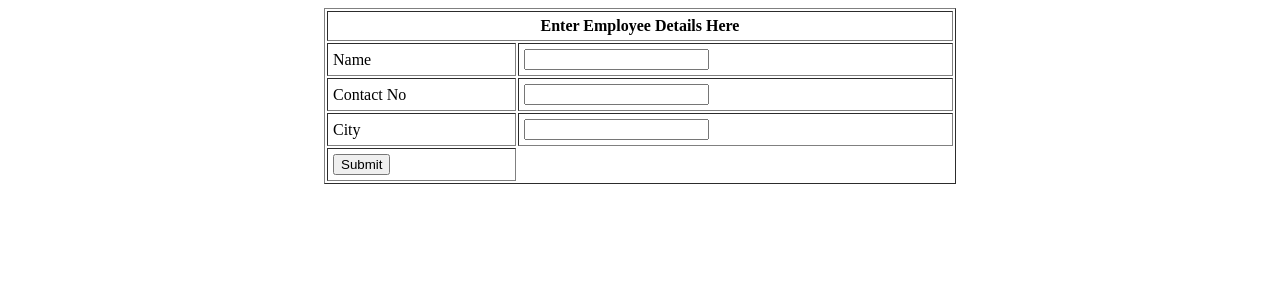
Repository: radhikasarda/RestEasyDemo
Page: http://localhost/RestDemo/
These files come from the project's save history. The page is drawn as it stood at one moment and after the next save; the edit follows.
The browser window is 1280 px wide. The pictures show the whole page.
The page is served by Tomcat 9. Nobody is signed in. The application's start-up code is not run.

Above is the page before, as saved 2019-06-25 11:42:26.

After the next save:
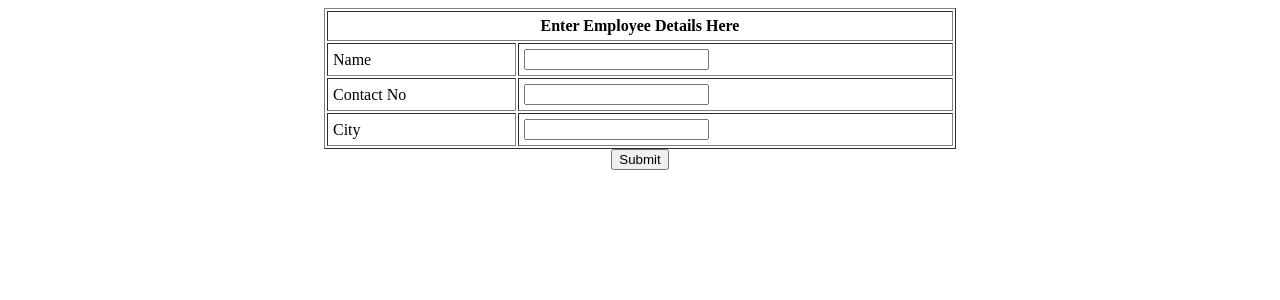
Saved 40 s later.
--- a/RestDemo/src/main/webapp/index.jsp
+++ b/RestDemo/src/main/webapp/index.jsp
@@ -32,10 +32,10 @@
           <td>City</td>
           <td><input type="text" name="city" required/></td>
         </tr>
-        <tr><td><input type="submit" value="Submit" name="button" /></td></tr>
+
         </tbody>
       </table>
-
+      <input type="submit" value="Submit" name="button" />
       </center>
       </form>
 </body>
